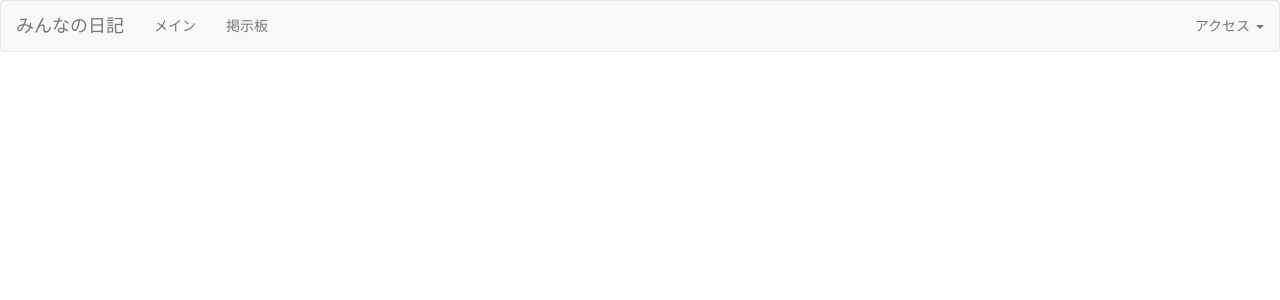
Repository: dengpu/JSP
Page: http://localhost/BBS/bbs.jsp
These files come from the project's save history. The page is drawn as it stood at one moment and after the next save; the edit follows.
The browser window is 1280 px wide. The pictures show the whole page.
Some web libraries are served in a nearby version. The page is served by Tomcat 9. Other server files are loaded and not shown.

Above is the page before, as saved 2017-05-15 07:50:26.

### BBS/WebContent/bbs.jsp
<%@ page language="java" contentType="text/html; charset=UTF-8"
	pageEncoding="UTF-8"%>
<!DOCTYPE html>
<html>
<head>
<meta http-equiv="Content-Type" content="text/html; charset=UTF-8">
<meta name="viewport" content="width=device-width, initial-scale=1">
<link rel="stylesheet" href="css/bootstrap.css">
<title>みんなの日記</title>
</head>
<body>
	<%
		String ID = null;
		if (session.getAttribute("ID") != null) {
			ID = (String) session.getAttribute("ID");
		}
	%>


	<nav class="navbar navbar-default">
		<div class="navbar-header">
			<button type=button class="navbar-toggle collapsed"
				data-toggle="collapse" data-target="#bs-example-navbar-collapse-1"
				aria-expanded="false">
				<span class="icon-bar"></span> <span class="icon-bar"></span> <span
					class="icon-bar"></span>

			</button>
			<a class="navbar-brand" href="main.jsp">みんなの日記</a>
		</div>
		<div class="collapse navbar-collapse"
			id="bs-example-navbar-collapse-1">
			<ul class="nav navbar-nav ">
				<li><a href="main.jsp">メイン</a></li>
				<li><a href="bbs.jsp">掲示板</a></li>
			</ul>


			<%
				if (ID == null) {
			%>
			<ul class="nav navbar-nav navbar-right">
				<li class="dropdown"><a href="#" class="dropdown-toggle"
					data-toggle="dropdown" role="button" aria-haspopup="true"
					aria-expanded="false">アクセス <span class="caret"></span></a>


					<ul class="dropdown-menu">
						<li><a href="login.jsp">ログイン</a></li>
						<li><a href="join.jsp">会員登録</a></li>

					</ul></li>
			</ul>
			<%
				} else {
			%>
			<ul class="nav navbar-nav navbar-right">
				<li class="dropdown"><a href="#" class="dropdown-toggle"
					data-toggle="dropdown" role="button" aria-haspopup="true"
					aria-expanded="false">アクセス <span class="caret"></span></a>


					<ul class="dropdown-menu">
						<li><a href="logoutAction.jsp">ログアウト</a></li>

					</ul></li>
			</ul>
			<%
				}
			%>

		</div>
	</nav>



	<script src="https://code.jquery.com/jquery-3.1.1.min.js"></script>
	<script src="js/bootstrap.js"></script>

</body>
</html>

Loaded but not shown: BBS/WebContent/css/bootstrap.css (library); BBS/WebContent/js/bootstrap.js (library)

After the next save:
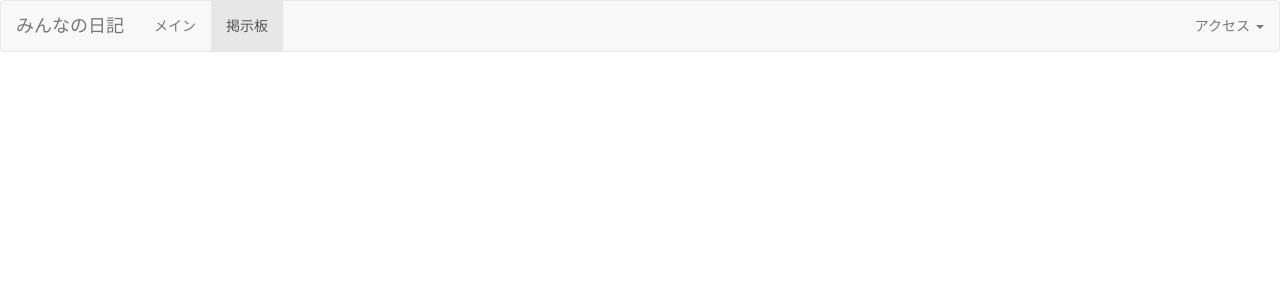
Saved 6 s later.
--- a/BBS/WebContent/bbs.jsp
+++ b/BBS/WebContent/bbs.jsp
@@ -32,7 +32,7 @@
 			id="bs-example-navbar-collapse-1">
 			<ul class="nav navbar-nav ">
 				<li><a href="main.jsp">メイン</a></li>
-				<li><a href="bbs.jsp">掲示板</a></li>
+				<li class="active"><a href="bbs.jsp">掲示板</a></li>
 			</ul>
 
 
